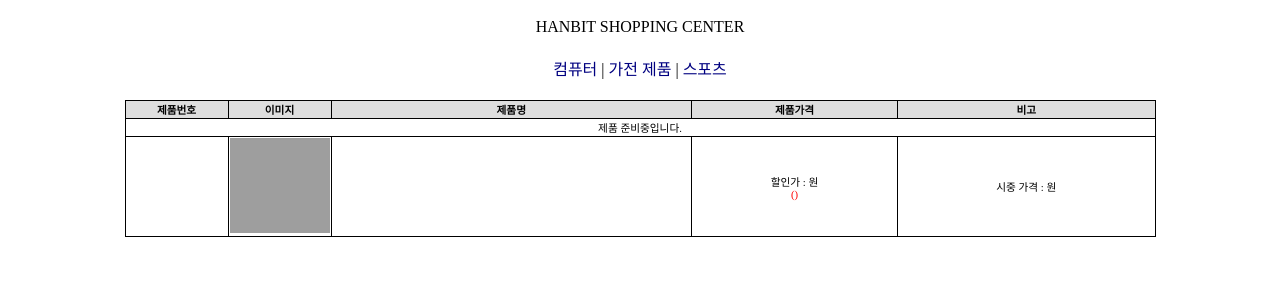
Repository: xlz5000/ICT
Page: http://localhost/spring_mvc02/WEB-INF/views/day08/product_list.jsp
The author's editor kept a copy of each file at every save. The page is drawn from the files as they stood at one save, then again after the next save.
The browser window is 1280 px wide. The pictures show the whole page.
Pictures or frames that could not be fetched are drawn as grey boxes. The page is served by Tomcat 9. Nobody is signed in. Other server files are loaded and not shown. The template is opened directly, without the code that normally fills it, so the values that code supplies are empty.

Above is the page before, as saved 2025-04-16 02:51:00.

### spring_mvc02/src/main/webapp/WEB-INF/views/day08/product_list.jsp
<%@ page language="java" contentType="text/html; charset=UTF-8"
	pageEncoding="UTF-8"%>

<%@ taglib prefix="c" uri="http://java.sun.com/jsp/jstl/core" %>
<!DOCTYPE html>
<html>
<head>
<meta charset="UTF-8">
<title>Insert title here</title>
<style type="text/css">
table {
	margin: 10px auto;
	width: 600;
	border-collapse: collapse;
	font-size: 8pt;
	border-color: navy;
}

table, th, td {
	border: 1px solid black;
}

img{
	width: 100px;

}
</style>
</head>
<body>
<%@ include file="top.jsp" %>
	<table>
	<thead>
		<tr bgcolor="#dedede">
			<th width="10%">제품번호</th>
			<th width="10%">이미지</th>
			<th width="35%">제품명</th>
			<th width="20%">제품가격</th>
			<th width="25%">비고</th>
		</tr>
	</thead>
	<tbody>
		<c:choose>
			<c:when test="${empty shop_list}">
				<tr>
					<td colspan="5"><span id="nodata">제품 준비중입니다.</span></td>
				</tr>
			</c:when>
			<c:otherwise>
				<c:forEach var="k" items="${shop_list }">
					<tr>

						<td>${k.p_num}</td>
						<td><img src='<c:url value="/resources/images/${k.p_image_s }" />'></td>
						<td>${k.p_name}</td>
						<td>${k.p_price}</td>
						<td>${k.p_saleprice}</td>
					</tr>

				</c:forEach>

			</c:otherwise>


		</c:choose>
	</tbody>
		<tr align="center">
			<td></td>
			<td><img src="images/" width="100" height="95"></td>
			<td><a href="product_content.jsp?prod_num="> </a></td>
			<td>할인가 : 원<br> <font color="red">()</font>
			</td>
			<td>시중 가격 : 원</td>
		</tr>
	</table>
</body>
</html>

### spring_mvc02/src/main/webapp/WEB-INF/views/day08/top.jsp
<%@ page language="java" contentType="text/html; charset=UTF-8"
	pageEncoding="UTF-8"%>
<%@ taglib prefix="c" uri="http://java.sun.com/jsp/jstl/core" %>
<!DOCTYPE html>
<html>
<head>
<meta charset="UTF-8">
<title>Insert title here</title>
<style>
a:link {
	text-decoration: none;
	color: navy
}

a:visited {
	text-decoration: none;
	color: navy
}

a:hover {
	text-decoration: none;
	color: red
}

body {
	text-align: center
}

hr {
	width: 600px;
	border: 1px;
	color: navy;
}

div#header, div#nav {
	width: 600px;
	margin: 10px auto;
	text-align: center;
}

div#wrap {
	margin: 0 auto;
}
</style>
</head>
<body>
	<div id="wrap">
		<hr noshade />
		<div id="header">
			<span class="title"> HANBIT SHOPPING CENTER </span>
		</div>
		<hr noshade />
		<div id="nav">
			<a href="product_list.jsp?category=com001">컴퓨터</a> | <a
				href="product_list.jsp?category=ele002">가전 제품</a> | <a
				href="product_list.jsp?category=sp003">스포츠</a>
		</div>
		<hr noshade />
		<div id="log">
			<c:choose>
				<c:when test="${loginchk == 'ok' }">
				 ~~~님 환영합니다. |


				</c:when>



			</c:choose>



		</div>
	</div>
</body>
</html>

After the next save:
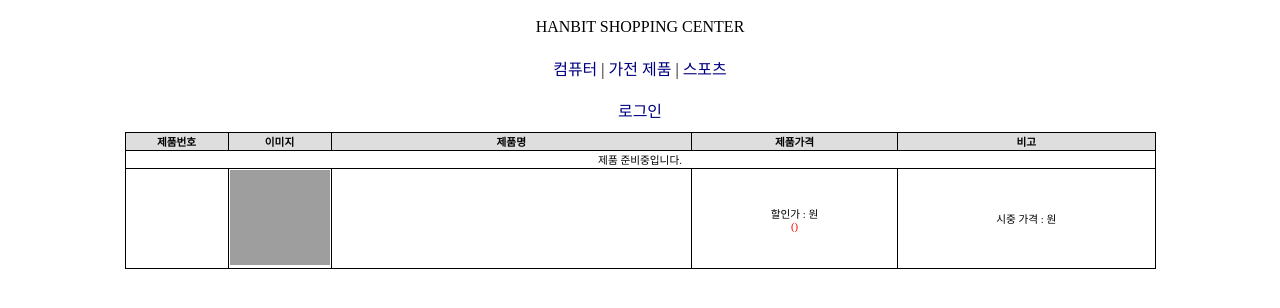
Saved 39 s later.
--- a/spring_mvc02/src/main/webapp/WEB-INF/views/day08/top.jsp
+++ b/spring_mvc02/src/main/webapp/WEB-INF/views/day08/top.jsp
@@ -63,6 +63,11 @@
 
 
 				</c:when>
+				<c:otherwise>
+					<a href="#">로그인</a>
+
+
+				</c:otherwise>
 
 
 
